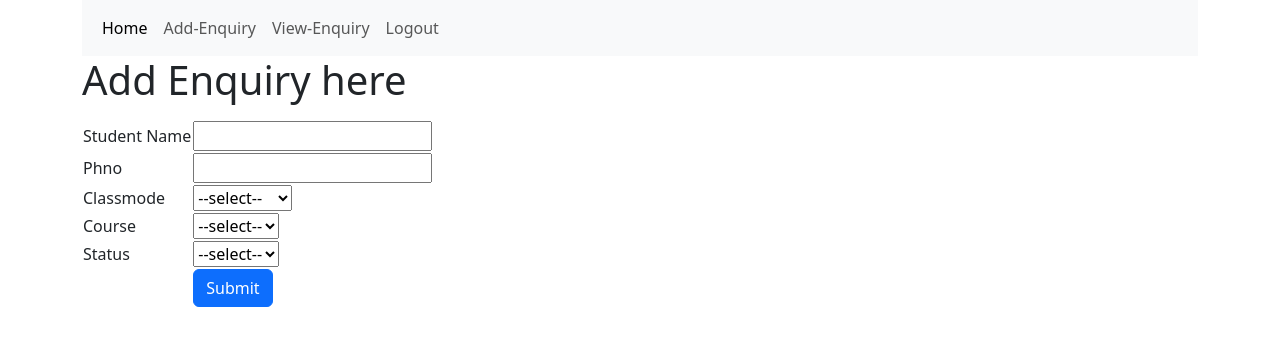
Repository: lakshmi0817/Jrtp_projects
Page: http://localhost/add-enquiry
The author's editor kept a copy of each file at every save. The page is drawn from the files as they stood at one save, then again after the next save.
The browser window is 1280 px wide. The pictures show the whole page.
The page is this project's Thymeleaf template; nobody is signed in. The template is opened directly, without the code that normally fills it, so the values that code supplies are empty.

Above is the page before, as saved 2025-01-03 13:15:17.

After the next save:
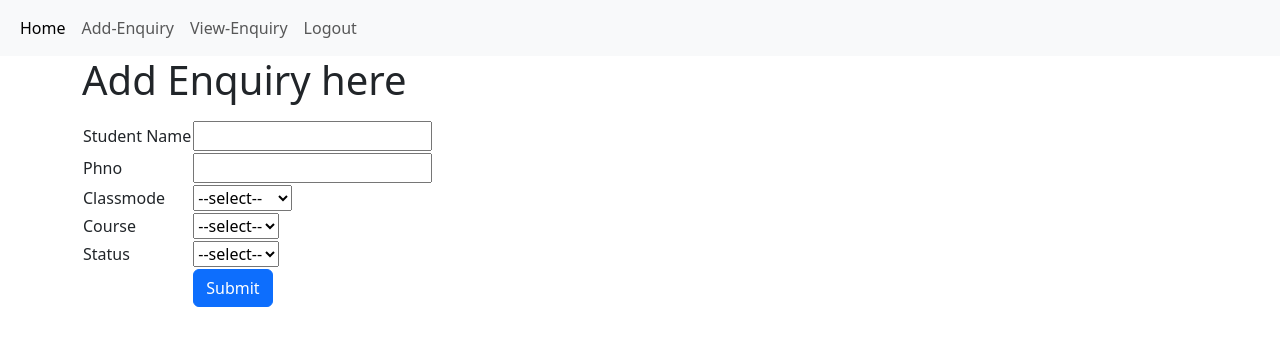
Saved 2 min 44 s later.
--- a/01_Mini_Project/src/main/resources/templates/add-enquiry.html
+++ b/01_Mini_Project/src/main/resources/templates/add-enquiry.html
@@ -8,7 +8,6 @@
   </head>
   <body>
 
-	<div class = "container">
 
 		<nav class="navbar navbar-expand-lg bg-body-tertiary">
 				  <div class="container-fluid">
@@ -35,6 +34,8 @@
 				  </div>
 				</nav>
 
+
+	<div class = "container">
 	 <h1>Add Enquiry here</h1>
 
 	 <font style = "color:rgb(0, 255, 0)">
